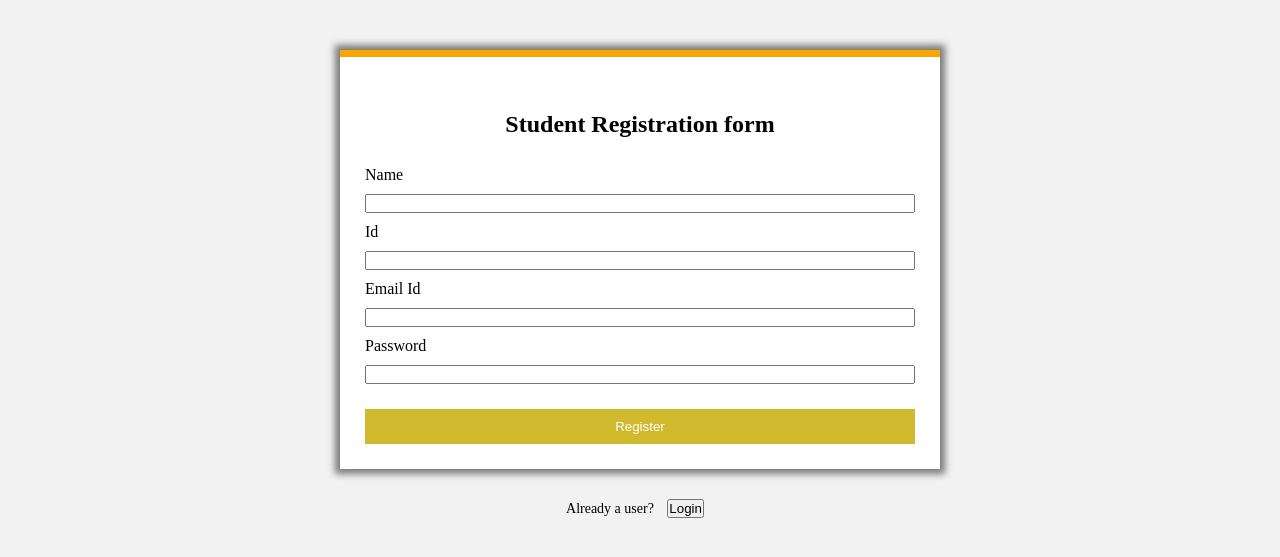
Repository: Sameer-0/workspace
Page: http://localhost/StudentCrud/views/index.jsp
The author's editor kept a copy of each file at every save. The page is drawn from the files as they stood at one save, then again after the next save.
The browser window is 1280 px wide. The pictures show the whole page.
The pointer rests on the first visible `.button`.
The page is served by Tomcat 9. Other server files are loaded and not shown.

Above is the page before, as saved 2022-07-12 08:01:37.

### StudentCrud/src/main/webapp/views/index.jsp
<%@ page language="java" contentType="text/html; charset=ISO-8859-1"
    pageEncoding="ISO-8859-1"%>
<!DOCTYPE html>
<html>
<head>
<meta charset="ISO-8859-1">
<title>Insert title here</title>
<link rel="stylesheet" href="/views/style.css" />
</head>
<body>

<div class="container">
		<h2>Student Registration form</h2>
		<div class="form-container">
			<form method="post" id="myform" action="done" onsubmit="validateForm(event)">

				<label for="name">Name</label> <span id="name-message"
					class="error"></span> <input type="text" class="name"
					name="name" id="name"><br>

					<label for="id">Id</label><span id="id-message"
					class="error"></span> <input type="text" class="name"
					name="id" id="id"><br>

					<label for="mail">Email Id</label><span id="email-message" class="error"></span> <input type="text"
					class="mail" name="mail" id="mail"><br>

					<label for="password">Password</label><span id="password-message" class="error"></span><br>
					<input type="text" class="password" name="password" id="password"><br>

					<input type="submit"  id="button" class="button" value="Register">

			</form>
		</div>
	</div>
		<div id="btn-div">
		Already a user?
				<a href="login.html" id="a-tag">
					<button  id="login-btn" type="button">Login</button>
				</a>
			</div>

	<script src="index.js"></script>
</body>
</html>

### StudentCrud/src/main/webapp/views/style.css
* {
	margin: 0;
	padding: 0;
	box-sizing: border-box;
}

body {
	font-size: 14px;
	background: #f2f2f2;
}

.container {
	background: white;
	width: 600px;
	padding: 25px;
	margin: 50px auto 0;
	border-top: 7px solid orange;
	box-shadow: 0 0 7px 5px rgba(0, 0, 0, 0.5);
}

.container h2 {
	font-size: 24px;
	line-height: 24px;
	padding: 30px;
	text-align: center;
}

.place, .username, .name, .mail, .password {
	width: 100%;
	position: relative;
	margin: 10px auto;
}

.button {
	color : white;
	background: orange;
	height: 35px;
	line-height: 35px;
	width: 100%;
	outline: none;
	border: none;
	cursor: pointer;
	margin-top: 15px;
}

label {
	font-size: 16px
}

.button:hover {
	background: rgb(209, 185, 46);
}

#btn-div {
	text-align: center;
	margin: 30px;
}

#a-tag {
	margin: 10px;
}


.error {
  color: red;
  font-size: small;
  margin-left: 20px;
}

Loaded but not shown: StudentCrud/src/main/webapp/views/index.js (no copy from this time; the picture is the same without it)

After the next save:
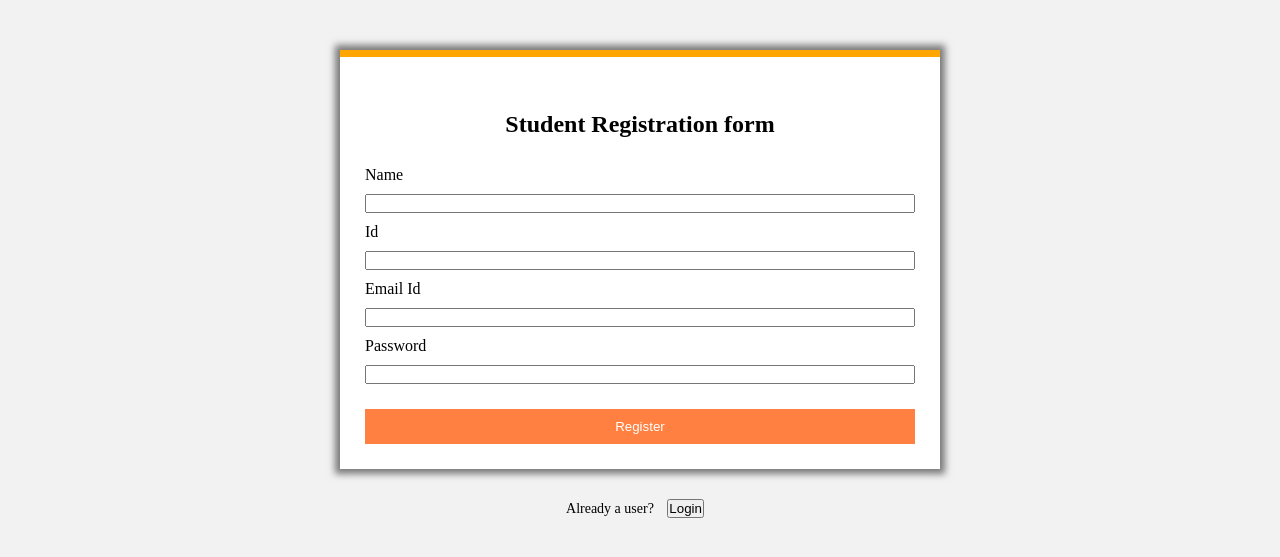
Saved 46 s later.
--- a/StudentCrud/src/main/webapp/views/style.css
+++ b/StudentCrud/src/main/webapp/views/style.css
@@ -48,7 +48,7 @@ label {
 }
 
 .button:hover {
-	background: rgb(209, 185, 46);
+	background: rgb(255, 128, 64);
 }
 
 #btn-div {
